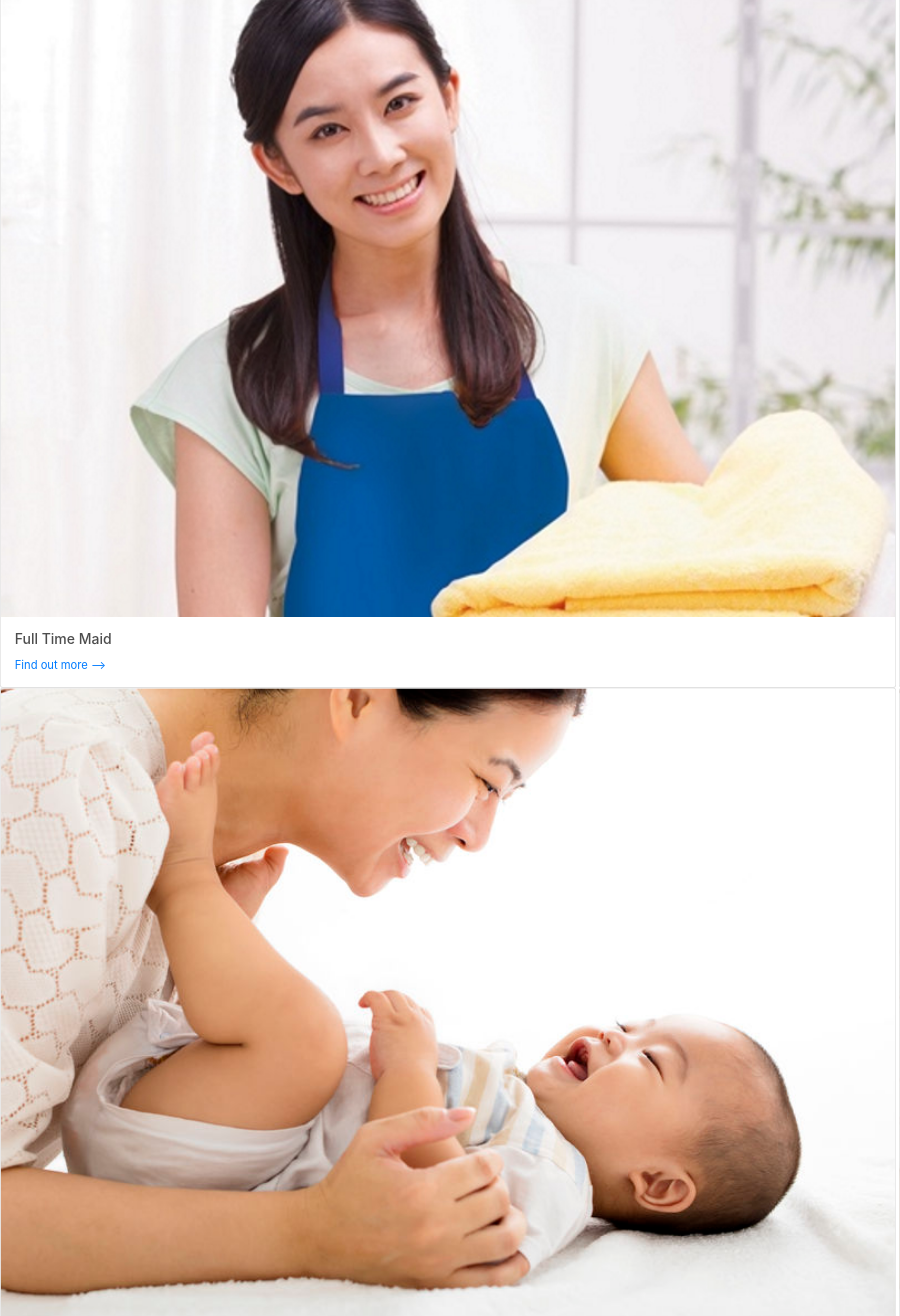
Repository: Code-Institute-Submissions/Project-1---Online-Maid
Page: index.html
The author's editor kept a record of every edit. The page is drawn from the files as they stood at one moment, then again after the next edit.
The browser window is 1280 px wide. The page is 1285 px wide, so the pictures cover 1285 px, including what lies to the right of the window. The pictures show the part of the page from y = 2188 to 4068 px (the page is 5329 px tall), at 70% of full size.
Some web libraries are served in a nearby version.

Above is the page before.

After the next edit:
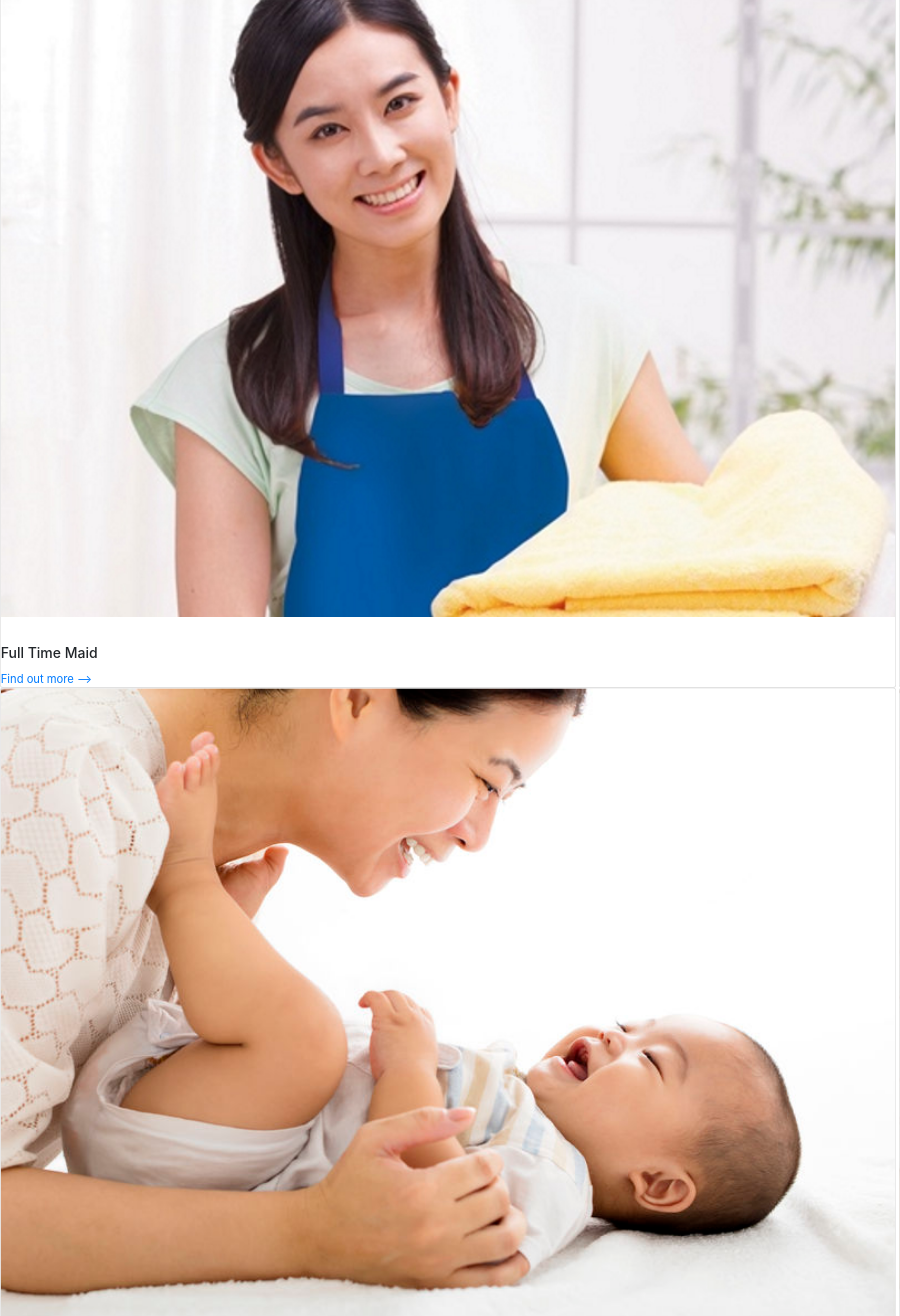
The edit:
--- a/index.html
+++ b/index.html
@@ -139,7 +139,7 @@
 
       <div class="card">
         <img class="card-img-top" src="images/fullTime1.jpg" alt="Card image cap">
-        <div class="card-body maid-experience">
+        <div class="card-body maid-experience"></div>
           <h5 class="card-title">Full Time Maid</h5>
           <a href="searchMaid.html" class="find-out-more">Find out more --></a>
         </div>
